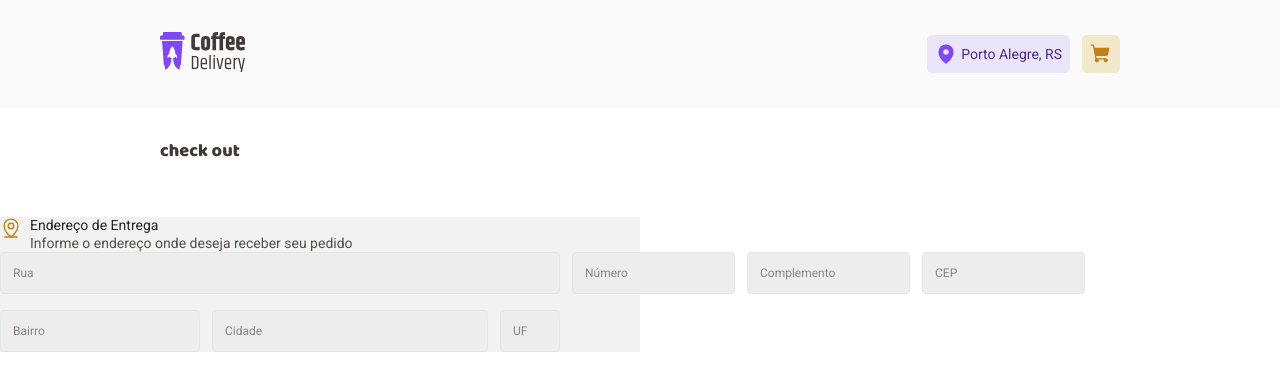
Repository: caueenrico/CoffeDelivery
Page: /checkout
An editor plug-in stored every save of this project. The page is shown before and after the next save, followed by the edit.
The browser window is 1280 px wide. The pictures show the whole page.
The project was rebuilt for these pictures with package versions that can differ from the ones it lists, and the page was loaded fresh each time. Also part of the build but not shown: vite.config.ts, src/components/CoffesOptions/styled.ts, src/components/CoffeCards/styles.ts, src/components/IpuntNumber/styles.ts, src/components/IpuntNumber/index.tsx, src/components/CartOfCard/styles.ts, src/components/CartOfCard/index.tsx, src/utils/formatMoney.ts and 4 more.

Above is the page before, as saved 2022-09-22 15:11:23.

After the next save:
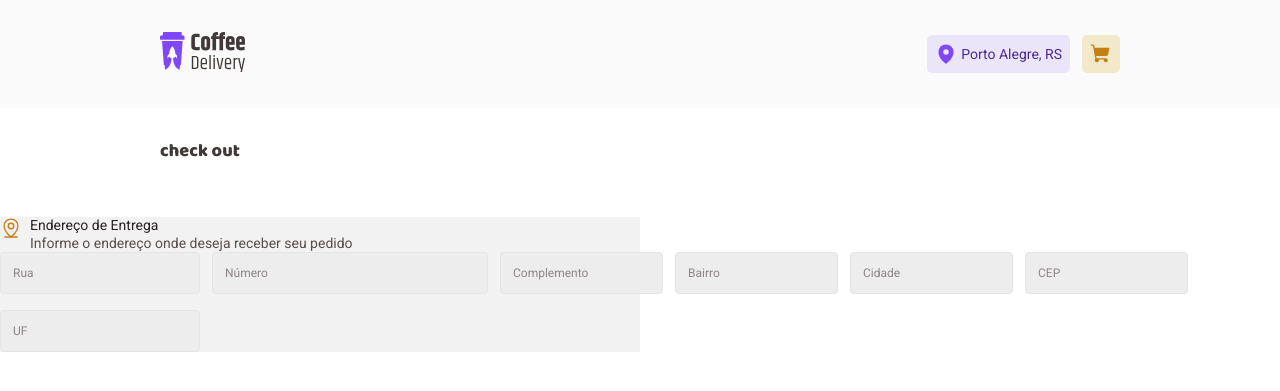
Saved 69 s later.
--- a/src/pages/CheckOut/AddresForm.tsx
+++ b/src/pages/CheckOut/AddresForm.tsx
@@ -7,7 +7,7 @@
   return(
     <AddressFormContainer>
       <InputForm placeholder="CEP" type='number' className="cep"/>
-      <InputForm placeholder="Rua" className="street"/>
+      <InputForm placeholder="Rua" />
       <InputForm placeholder="Número" type='number'/>
       <InputForm placeholder="Complemento" className="complemento"/>
       <InputForm placeholder="Bairro" />

After the save that followed:
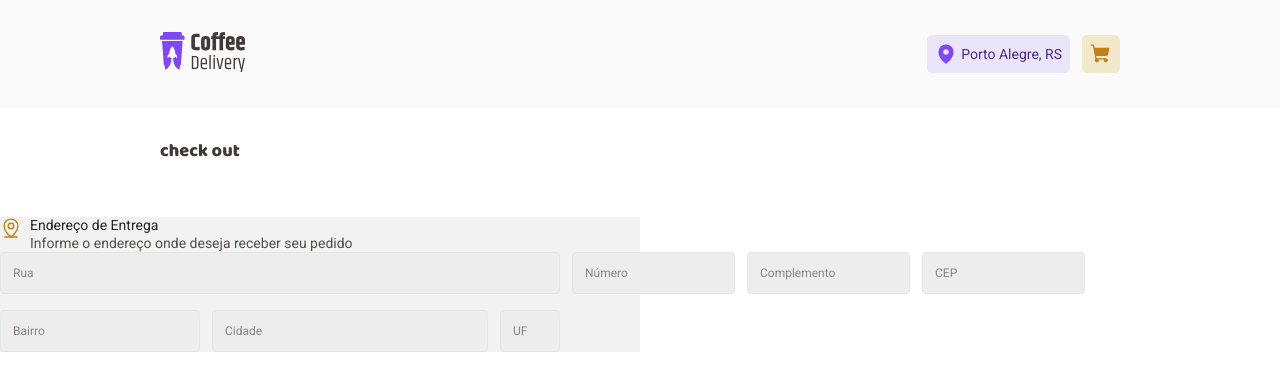
Saved 6 s later.
--- a/src/pages/CheckOut/AddresForm.tsx
+++ b/src/pages/CheckOut/AddresForm.tsx
@@ -7,7 +7,7 @@
   return(
     <AddressFormContainer>
       <InputForm placeholder="CEP" type='number' className="cep"/>
-      <InputForm placeholder="Rua" />
+      <InputForm placeholder="Rua" className="street"/>
       <InputForm placeholder="Número" type='number'/>
       <InputForm placeholder="Complemento" className="complemento"/>
       <InputForm placeholder="Bairro" />
